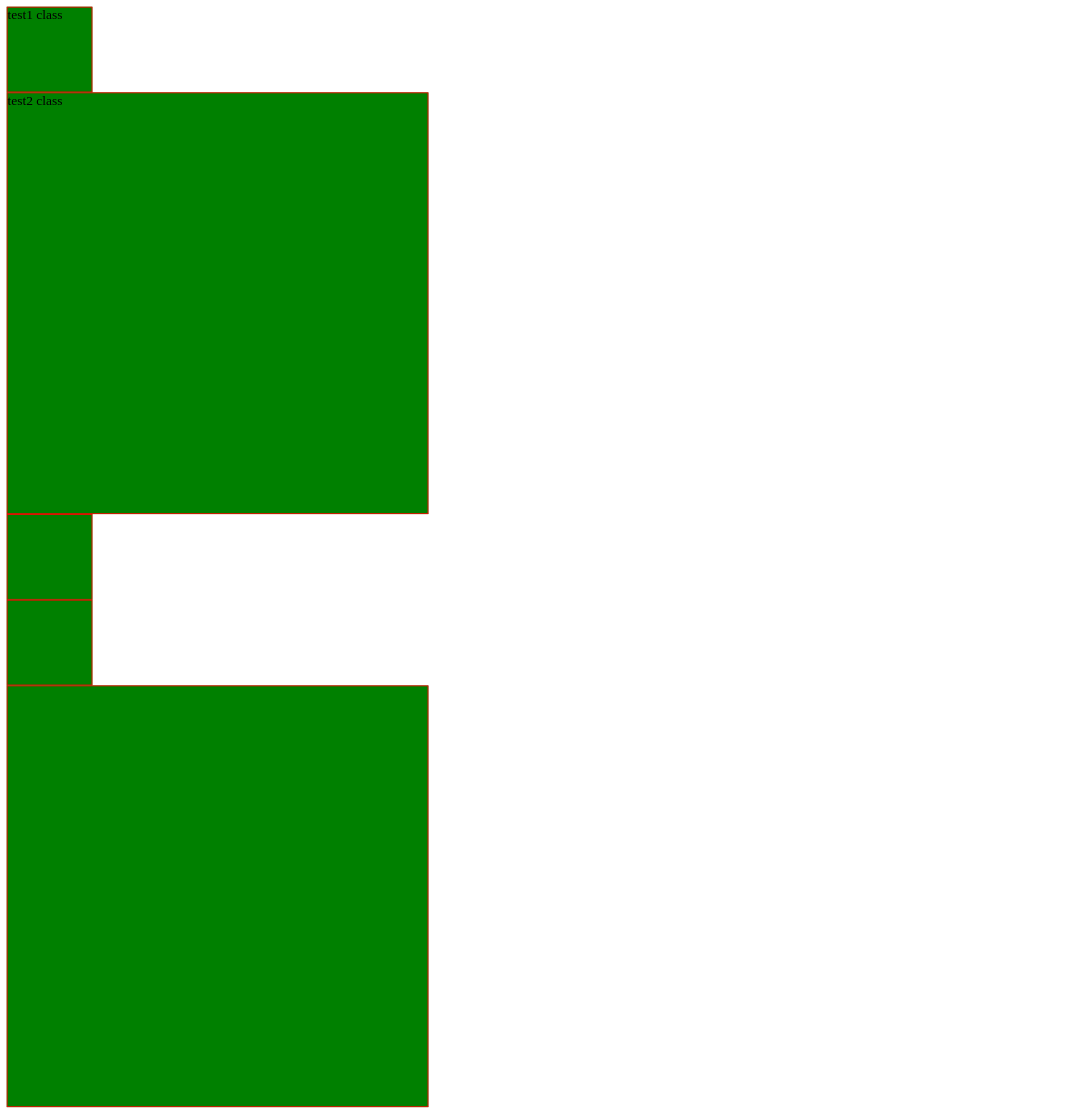
Repository: yuj1818/Hustar_JavaScript
Page: edu/edu/view/test.html
An editor plug-in stored every save of this project. The page is shown before and after the next save, followed by the edit.
The browser window is 1280 px wide. The pictures show the whole page, at 84% of full size.

Above is the page before, as saved 2022-05-31 01:45:14.
Console error: SyntaxError: Invalid left-hand side in assignment

After the next save:
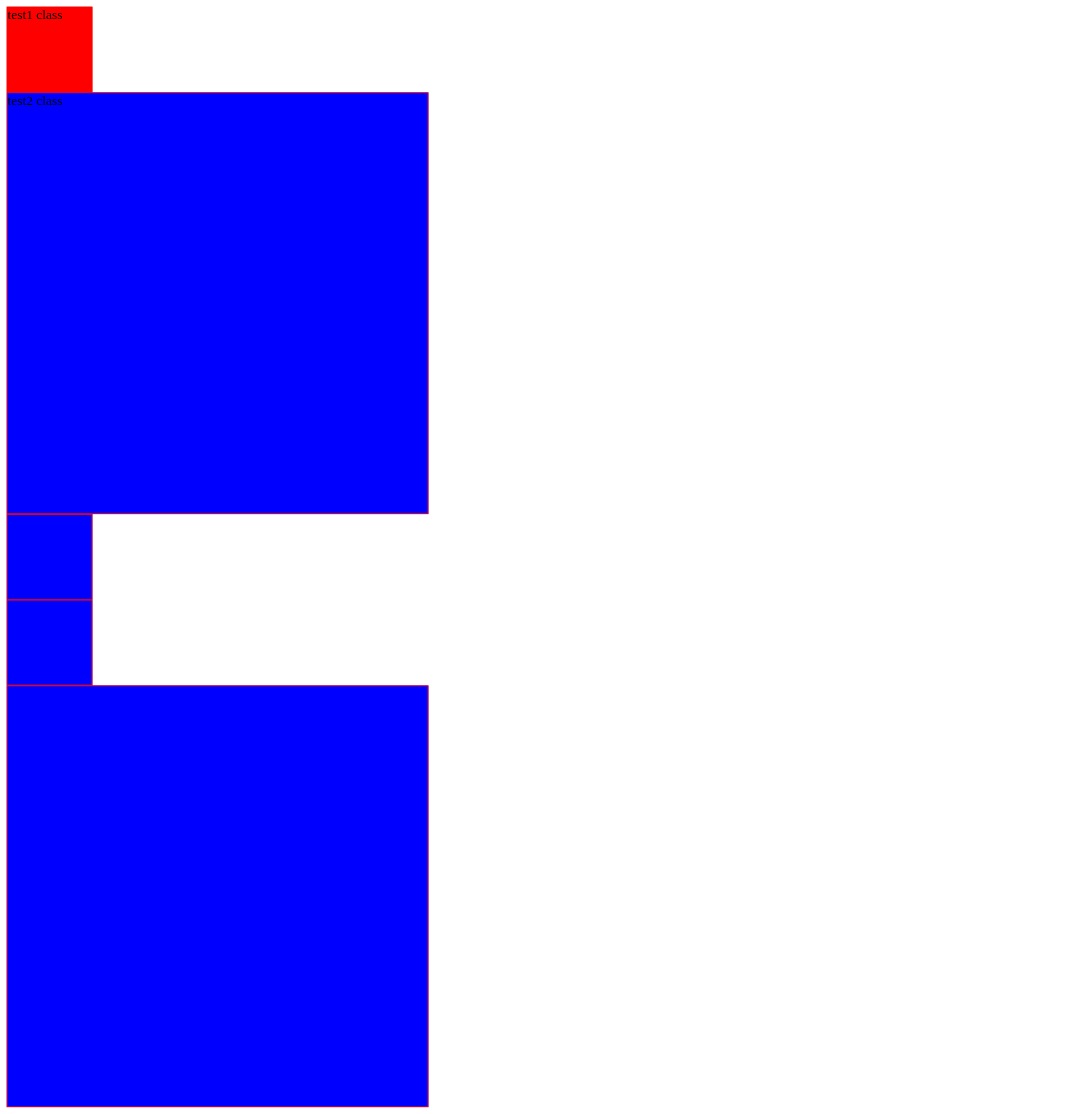
Saved 111 s later.
--- a/edu/edu/view/test.html
+++ b/edu/edu/view/test.html
@@ -11,7 +11,7 @@
 				width: 500px; height: 500px;
 			}
 			div {
-				background-color: green !important;
+				background-color: green;
 			}
 		</style>
 	</head>
@@ -49,7 +49,7 @@
 		function test_mouseover (){
 			console.log("test_mouseover");
 			document.getElementById("test_id").style.width = "50px";
-			document.getElementById("test_id").style.background-color = "olive green";
+			document.getElementById("test_id").style.background-color = "#BCE55C";
 		}
 	</script>
 </html>
